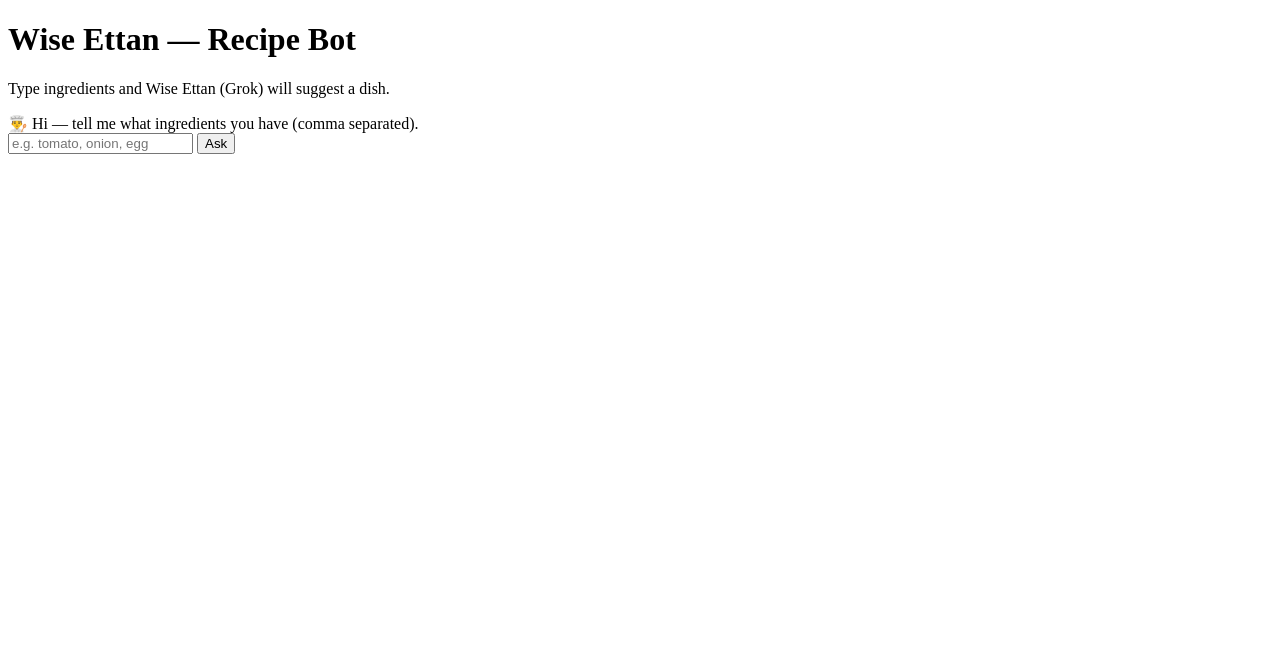
Repository: ryukkzz/Wise-Ettan-s-Zone
Page: cooking.html
An editor plug-in stored every save of this project. The page is shown before and after a run of saves, followed by the edit.
The browser window is 1280 px wide. The pictures show the whole page.

Above is the page before, as saved 2025-08-09 01:38:05.
Not found: style.css

After the next 2 saves:
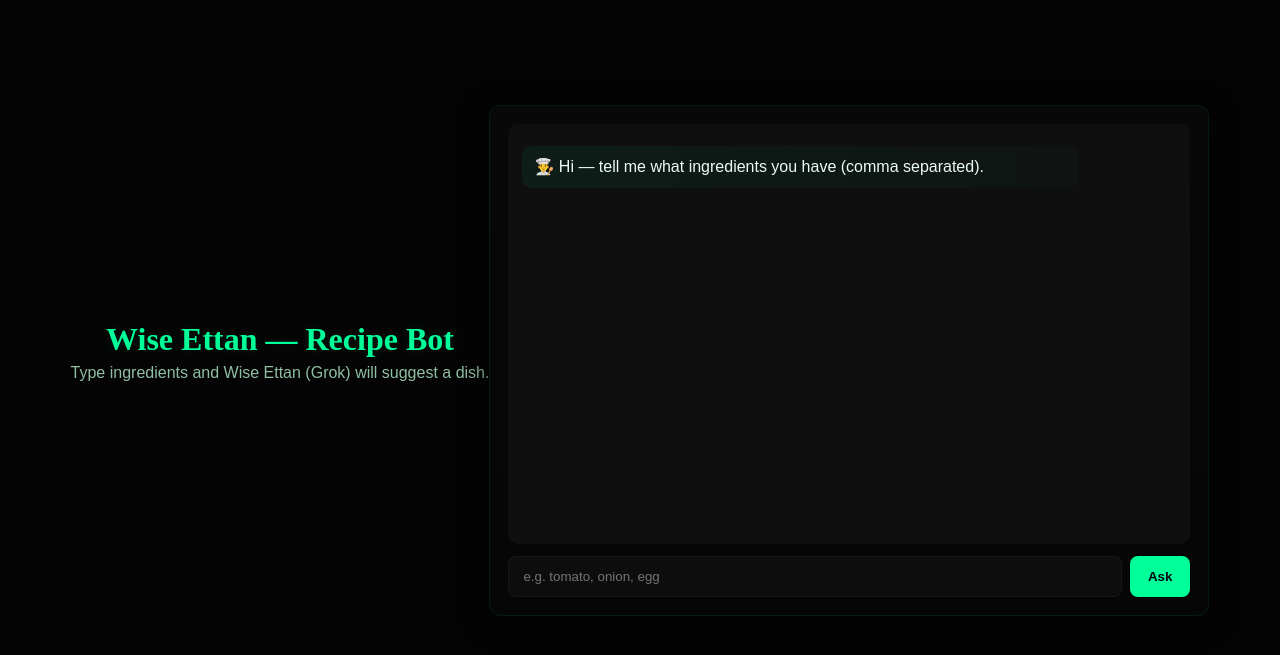
The 2 saves are shown as one change because they came seconds apart.
The last was saved 14 s later.
--- a/cooking.html
+++ b/cooking.html
@@ -4,7 +4,7 @@
   <meta charset="utf-8" />
   <meta name="viewport" content="width=device-width,initial-scale=1" />
   <title>Grok Recipe Bot</title>
-  <link rel="stylesheet" href="style.css" />
+  <link rel="stylesheet" href="cooking.css" />
 </head>
 <body>
   <main class="page">
